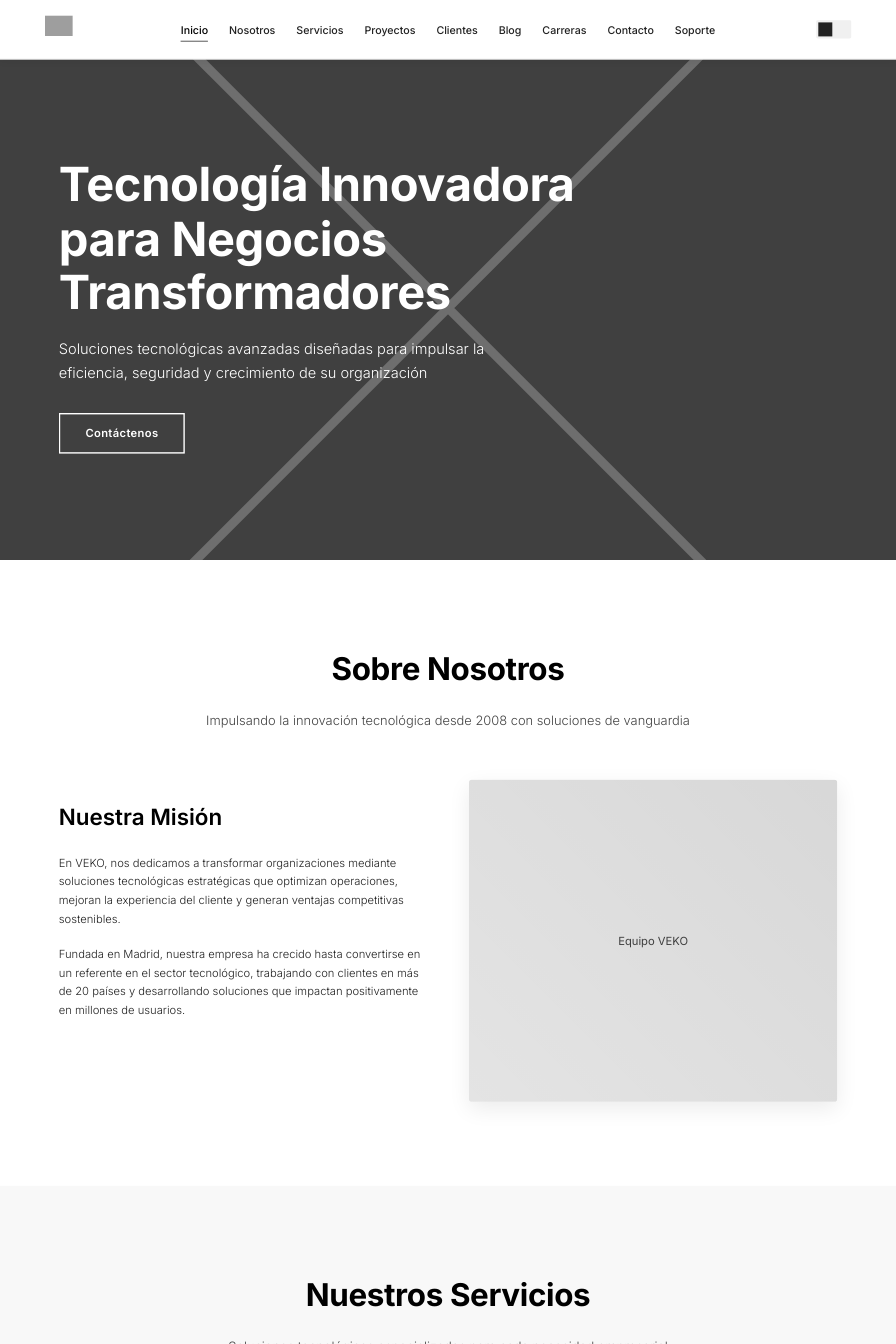
Repository: VEKO-Corp/veko-web
Page: index.html
The author's editor kept a copy of each file at every save. The page is drawn from the files as they stood at one save, then again after the next save.
The browser window is 1280 px wide. The pictures show the part of the page from y = 0 to 1920 px (the page is 3566 px tall), at 70% of full size.
Pictures or frames that could not be fetched are drawn as grey boxes.

Above is the page before, as saved 2025-08-11 20:33:33.

After the next save:
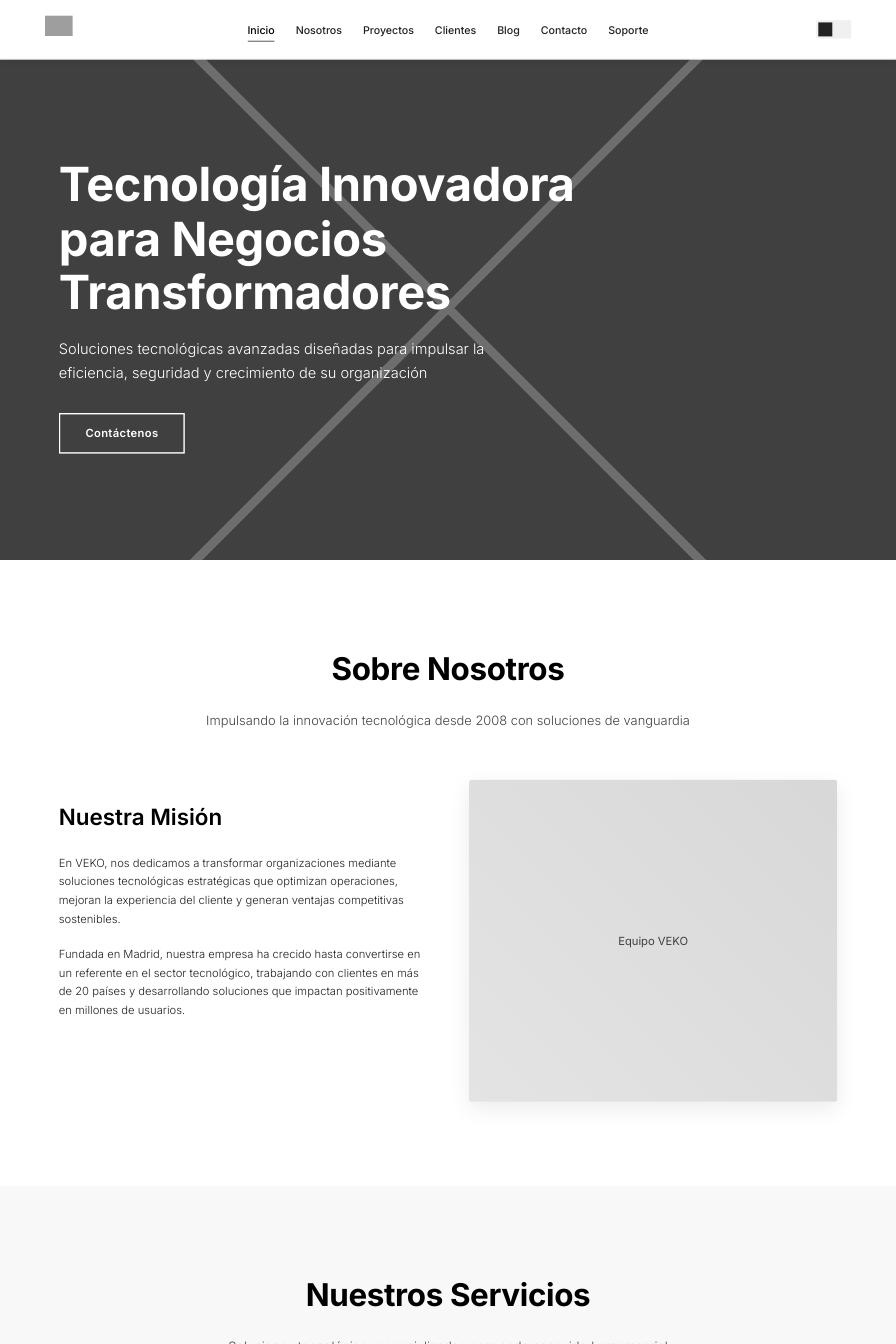
Saved 2 min 57 s later.
--- a/index.html
+++ b/index.html
@@ -21,11 +21,9 @@
                 <ul>
                     <li><a href="index.html" class="active">Inicio</a></li>
                     <li><a href="nosotros.html">Nosotros</a></li>
-                    <li><a href="servicios.html">Servicios</a></li>
                     <li><a href="proyectos.html">Proyectos</a></li>
                     <li><a href="clientes.html">Clientes</a></li>
                     <li><a href="blog.html">Blog</a></li>
-                    <li><a href="carreras.html">Carreras</a></li>
                     <li><a href="contacto.html">Contacto</a></li>
                     <li><a href="soporte.html">Soporte</a></li>
                 </ul>
